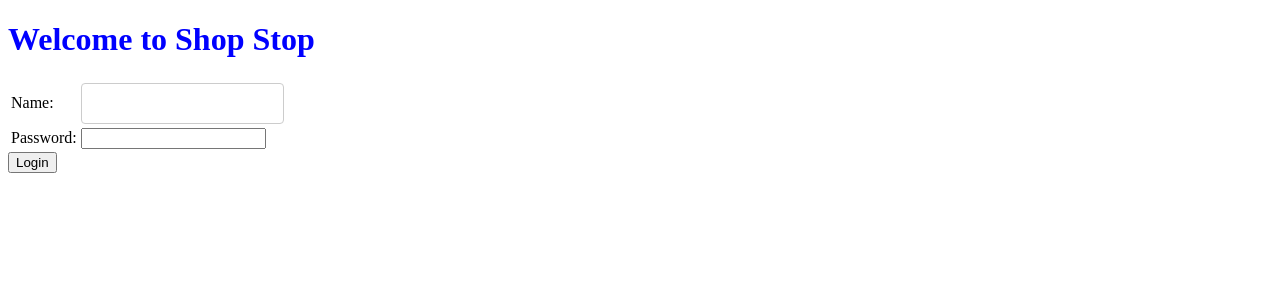
Repository: Sarvada12/Javascript
Page: eclipse/ShopStop/src/main/webapp/login.html
The author's editor kept a copy of each file at every save. The page is drawn from the files as they stood at one save, then again after the next save.
The browser window is 1280 px wide. The pictures show the whole page.

Above is the page before, as saved 2021-11-30 06:23:07.

### eclipse/ShopStop/src/main/webapp/login.html
<!DOCTYPE html>
<html>
<head>
<meta charset="ISO-8859-1">
<title>Shop Stop -Login</title>
<style>
h1{color:blue}

* {
box-sizing: border-box;
}



input[type=text]{
width: 100%;
padding: 12px;
border: 1px solid #ccc;
border-radius: 4px;
resize: vertical;
}
</style>
</head>
<body>
<h1>Welcome to Shop Stop</h1>


<form action="Login" method="post">
<table>
<tr>
<td>Name:</td>
<td><input type="text" name="userName"></td>
</tr>

<tr>
<td>Password:</td>
<td><input type="password" name="userPassword"></td>
</tr>

</table>



<input type="submit" value="Login">
</form>

</body>
</html>

After the next save:
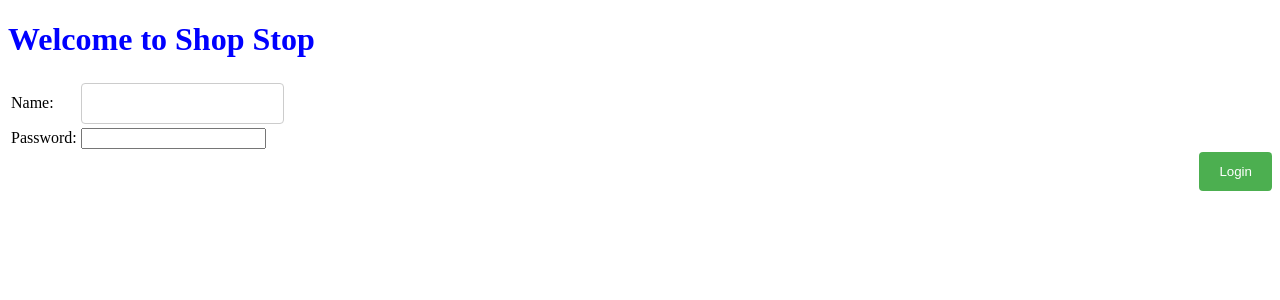
Saved 47 s later.
--- a/eclipse/ShopStop/src/main/webapp/login.html
+++ b/eclipse/ShopStop/src/main/webapp/login.html
@@ -18,6 +18,22 @@ padding: 12px;
 border: 1px solid #ccc;
 border-radius: 4px;
 resize: vertical;
+}
+
+input[type=submit] {
+background-color: #4CAF50;
+color: white;
+padding: 12px 20px;
+border: none;
+border-radius: 4px;
+cursor: pointer;
+float: right;
+}
+
+
+
+input[type=submit]:hover {
+background-color: #45a049;
 }
 </style>
 </head>
